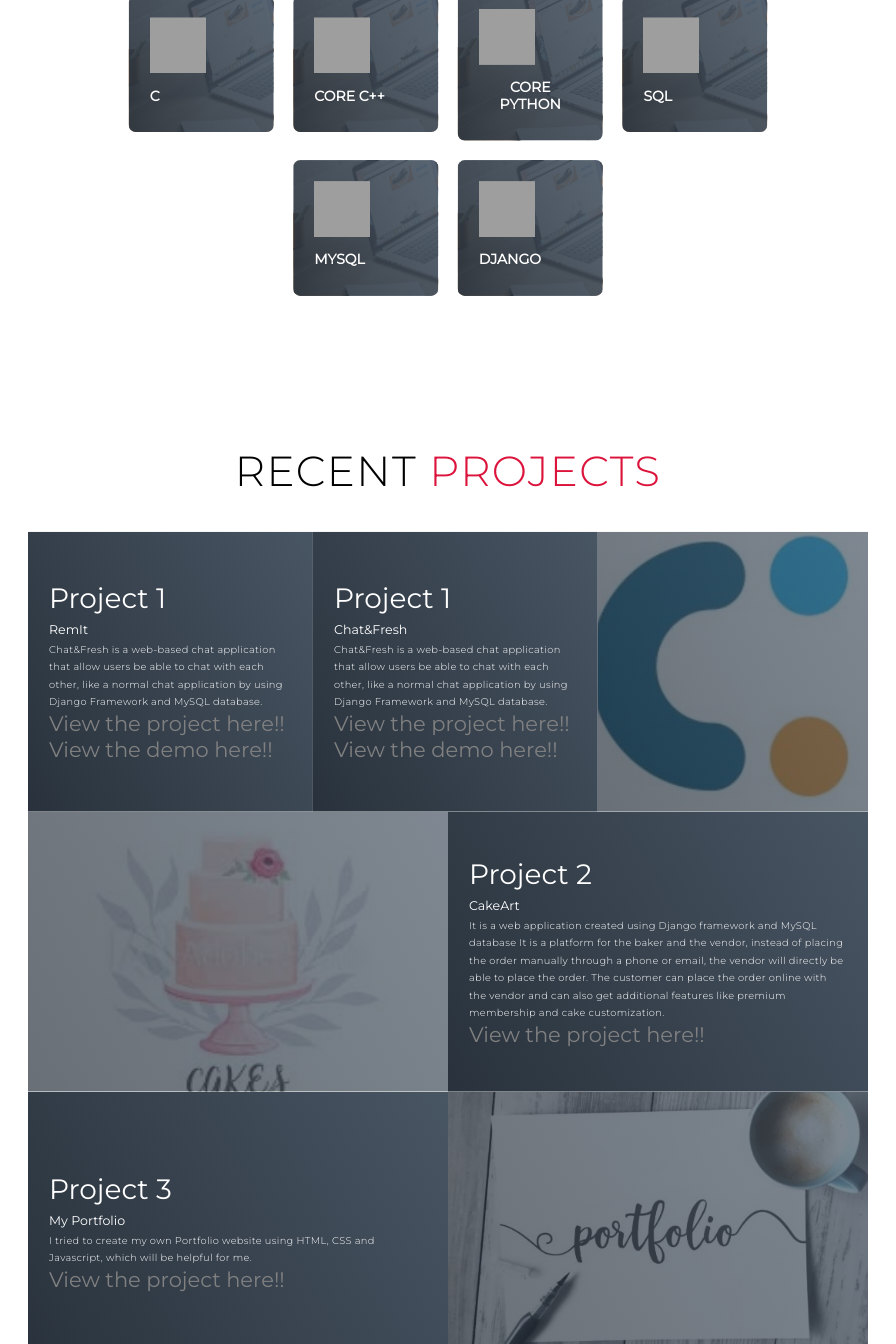
Repository: sanjana-poptani/sanjana-poptani.github.io
Page: index.html
These files come from the project's save history. The page is drawn as it stood at one moment and after the next save; the edit follows.
The browser window is 1280 px wide. The pictures show the part of the page from y = 984 to 2904 px (the page is 4684 px tall), at 70% of full size.
Pictures or frames that could not be fetched are drawn as grey boxes.

Above is the page before, as saved 2021-12-28 00:30:40.

After the next save:
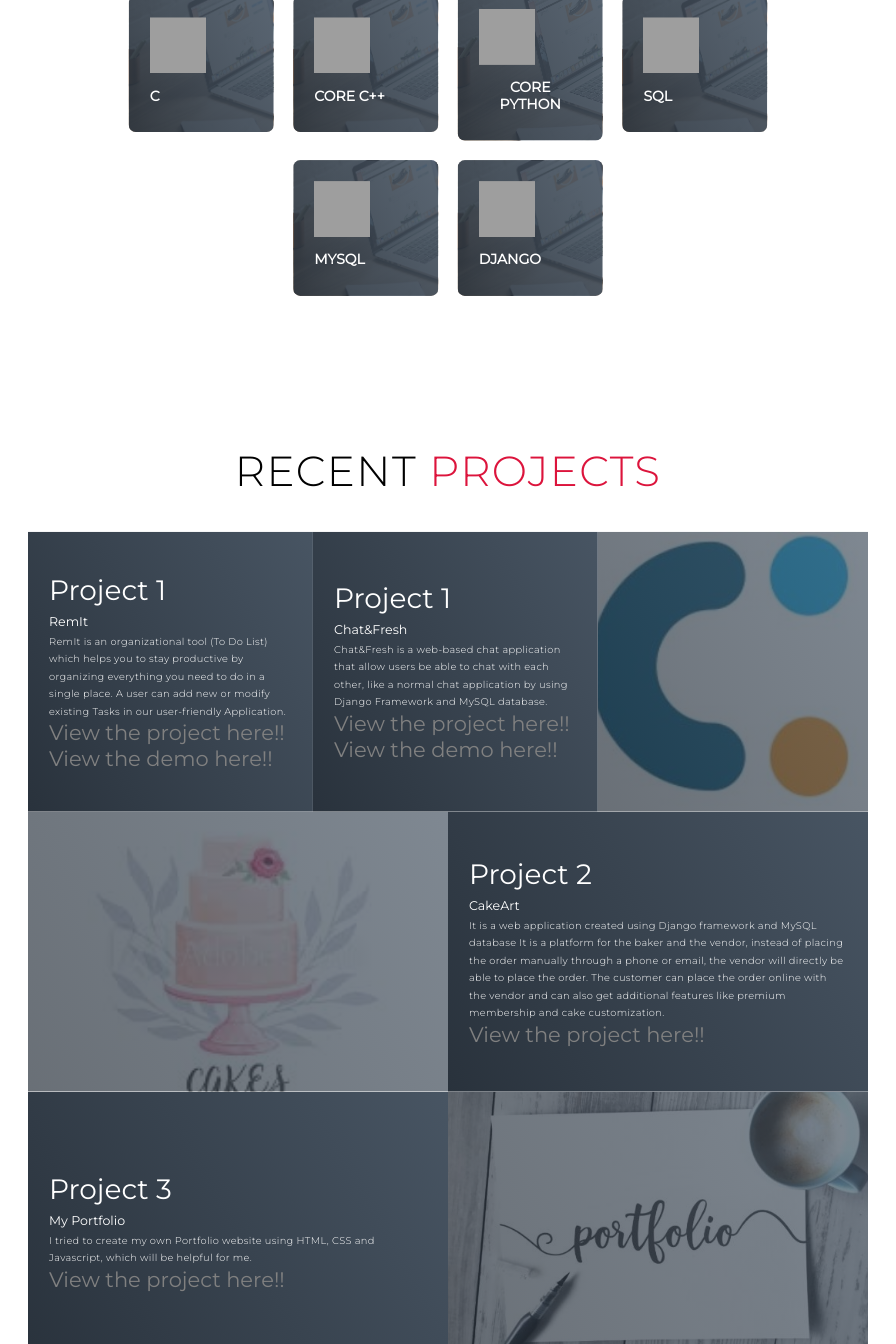
Saved 18 s later.
--- a/index.html
+++ b/index.html
@@ -95,8 +95,9 @@
           <div class="project-info">
             <h1>Project 1</h1>
             <h2>RemIt</h2>
-            <p>Chat&Fresh is a web-based chat application that allow users be
-                able to chat with each other, like a normal chat application by using Django Framework and MySQL database.</p>
+            <p>RemIt is an organizational tool (To Do List) which helps you to stay productive
+              by organizing everything you need to do in a single place. A user can add new
+              or modify existing Tasks in our user-friendly Application.</p>
                 <a href="https://github.com/sanjana-poptani/Chat-and-Fresh" style="text-decoration: none;font-size: 30px;color: gray;" target="blank"> View the project here!!</a>
                 <a href="https://youtu.be/TArH2xCxA6k" style="text-decoration: none;font-size: 30px;color: gray;" target="blank"> View the demo here!!</a>
 
